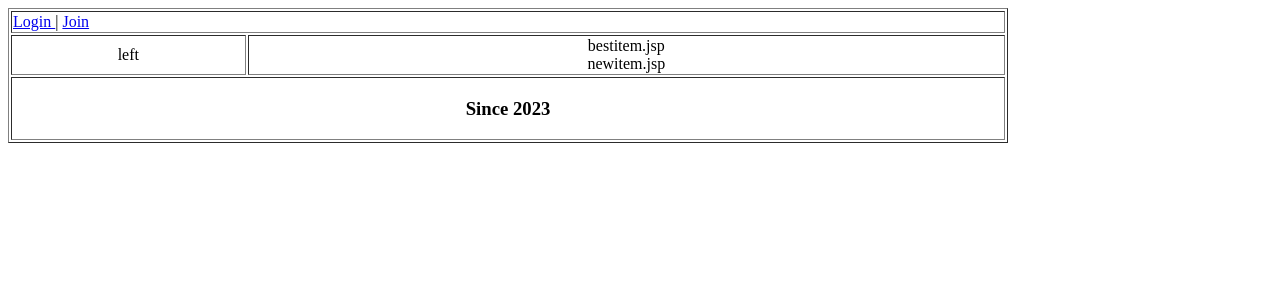
Repository: JeongDaejin/JSP-
Page: http://localhost/ServletTest/template.jsp?page=newitem
These files come from the project's save history. The page is drawn as it stood at one moment and after the next save; the edit follows.
The browser window is 1280 px wide. The pictures show the whole page.
The page is served by Tomcat 9.

Above is the page before, as saved 2023-02-01 06:49:01.

After the next save:
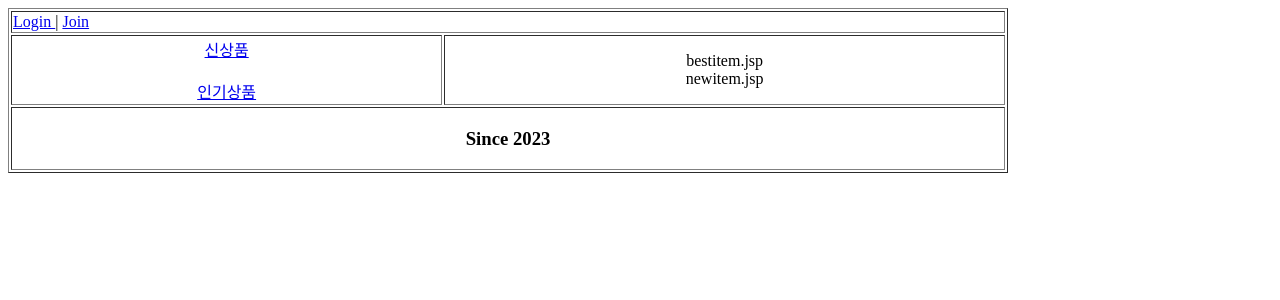
Saved 21 s later.
--- a/JSPExam2/ServletTest/src/main/webapp/template.jsp
+++ b/JSPExam2/ServletTest/src/main/webapp/template.jsp
@@ -13,7 +13,7 @@
 <td colspan="2" style="text-align: left"><%@ include file="top.jsp" %></td>
 </tr>
 <tr>
-<td>left<br>
+<td><%@ include file="left.jsp" %><br>
 </td>
 <td>bestitem.jsp<br>
 newitem.jsp</td>
